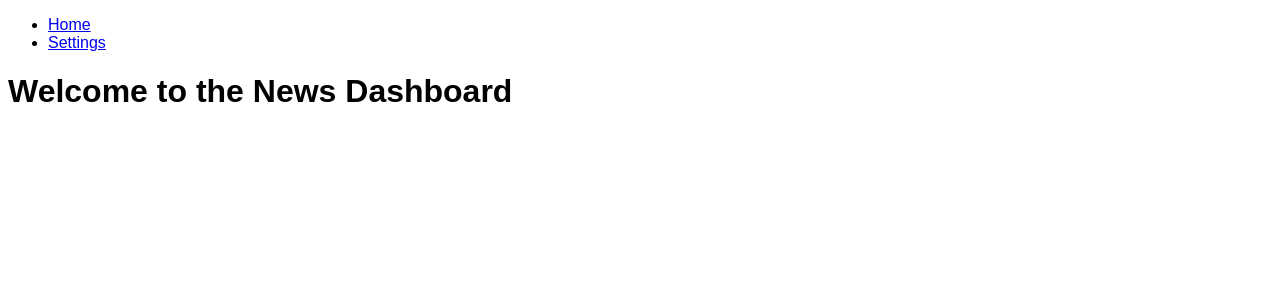
Repository: ErikBaer/News-of-the-World
Page: views/home.html
These files come from the project's save history. The page is drawn as it stood at one moment and after the next save; the edit follows.
The browser window is 1280 px wide. The pictures show the whole page.

Above is the page before, as saved 2020-01-19 13:36:56.

After the next save:
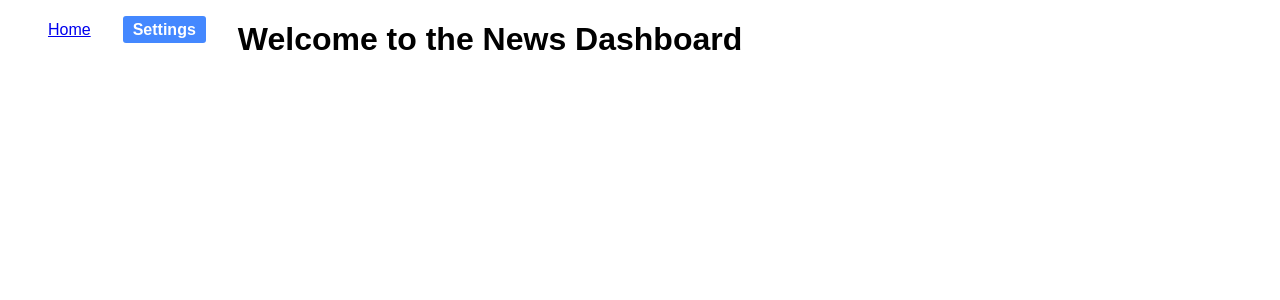
Saved 108 s later.
--- a/public/css/style.css
+++ b/public/css/style.css
@@ -3,5 +3,22 @@ body {
 }
 
 nav {
-    padding-bottom
+    padding-bottom: 2em:
 }
+
+.navigation li {
+    float: left;margin-right: 2em;
+    list-style: none;
+}
+
+.nav-link {
+    padding: 5px 10px;
+    font-weight: bold;
+    color: #fff;
+    text-decoration: none;
+    background-color: #4488ff;
+    border-radius: 3px;
+}
+
+.nav-link-active,
+.nav-link.active:hover
